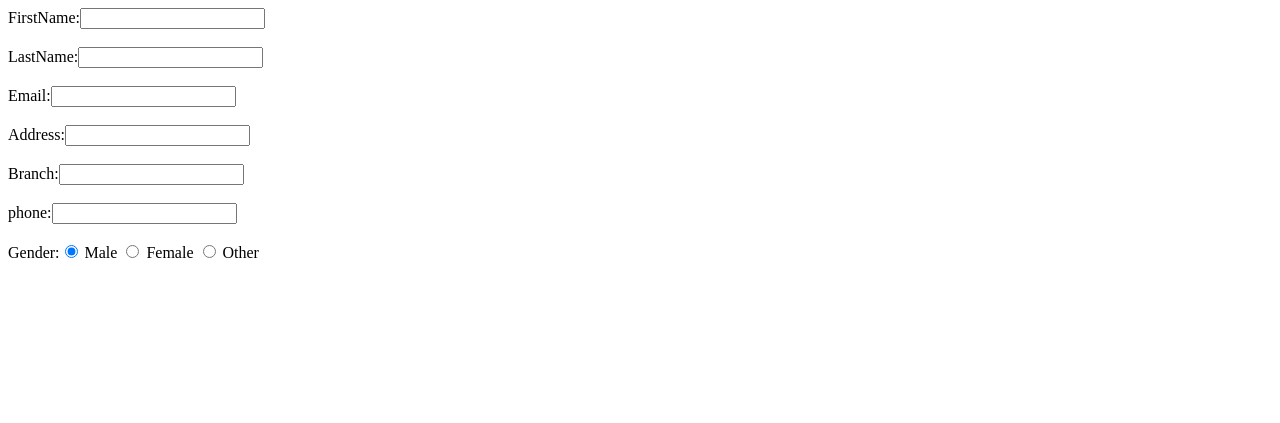
Repository: sandipgole/Myservlet
Page: WebATM/WebContent/SignUp.html
An editor plug-in stored every save of this project. The page is shown before and after the next save, followed by the edit.
The browser window is 1280 px wide. The pictures show the whole page.

Above is the page before, as saved 2019-06-25 04:54:02.

### WebATM/WebContent/SignUp.html
<!DOCTYPE html>
<html>
<head>
<meta charset="ISO-8859-1">
<title>signup form request</title>
</head>
<body>
<form action="./signup" methode="Post">
FirstName:<input type="text" name="fname"><br><br>
LastName:<input type="text" name="lname"><br><br>
Email:<input type="email" name ="email"><br><br>
Address:<input type="text" name="address"><br><br>
Branch:<input type="text" name ="branch"><br><br>
phone:<input type ="number" name="number"><br><br>
Gender:<input type="radio" name="gender" value="male" checked> Male
  <input type="radio" name="gender" value="female"> Female
  <input type="radio" name="gender" value="other"> Other





</form>

</body>
</html>

After the next save:
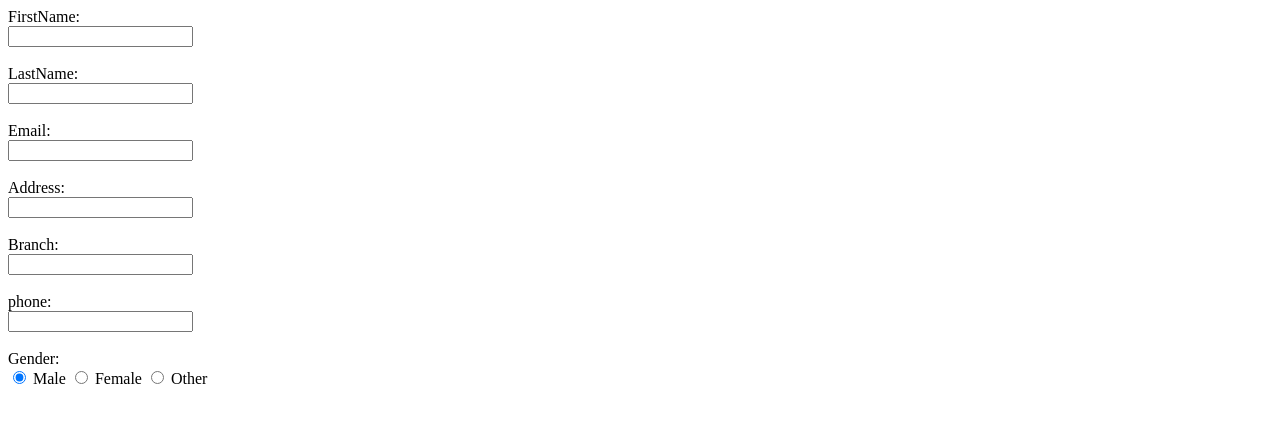
Saved 76 s later.
--- a/WebATM/WebContent/SignUp.html
+++ b/WebATM/WebContent/SignUp.html
@@ -6,13 +6,13 @@
 </head>
 <body>
 <form action="./signup" methode="Post">
-FirstName:<input type="text" name="fname"><br><br>
-LastName:<input type="text" name="lname"><br><br>
-Email:<input type="email" name ="email"><br><br>
-Address:<input type="text" name="address"><br><br>
-Branch:<input type="text" name ="branch"><br><br>
-phone:<input type ="number" name="number"><br><br>
-Gender:<input type="radio" name="gender" value="male" checked> Male
+FirstName:<br><input type="text" name="fname"><br><br>
+LastName:<br><input type="text" name="lname"><br><br>
+Email:<br><input type="email" name ="email"><br><br>
+Address:<br><input type="text" name="address"><br><br>
+Branch:<br><input type="text" name ="branch"><br><br>
+phone:<br><input type ="number" name="number"><br><br>
+Gender:<br><input type="radio" name="gender" value="male" checked> Male
   <input type="radio" name="gender" value="female"> Female
   <input type="radio" name="gender" value="other"> Other
 
